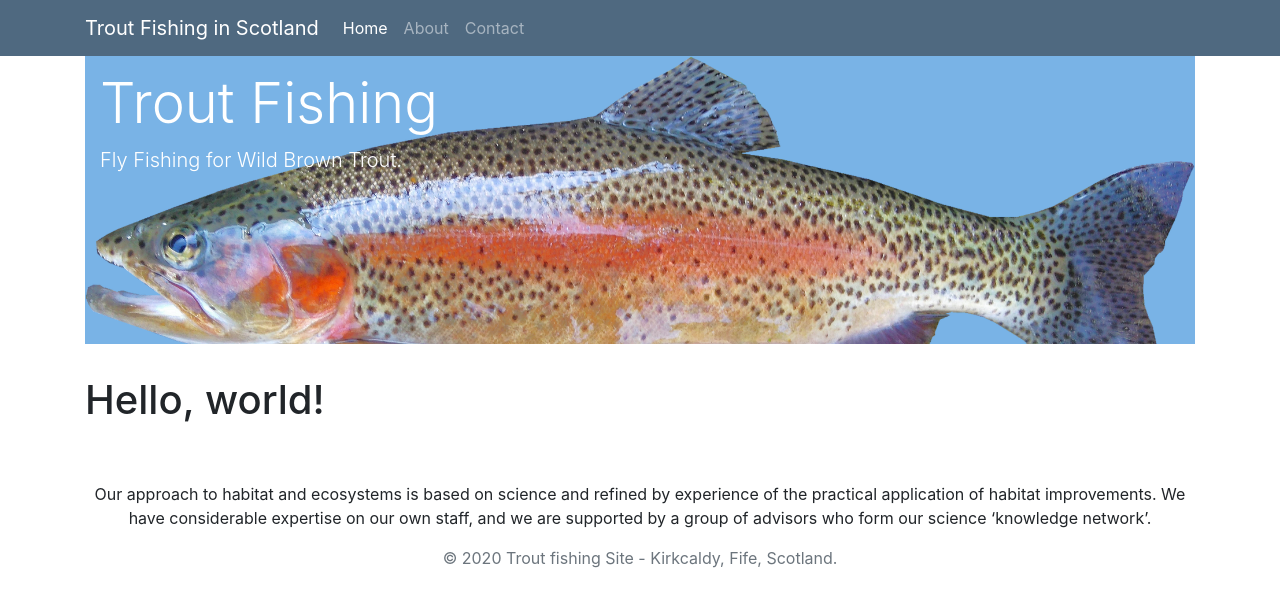
Repository: adrian9211/College_project
Page: index.html
These files come from the project's save history. The page is drawn as it stood at one moment and after the next save; the edit follows.
The browser window is 1280 px wide. The pictures show the whole page.

Above is the page before, as saved 2020-11-04 09:41:31.

After the next save:
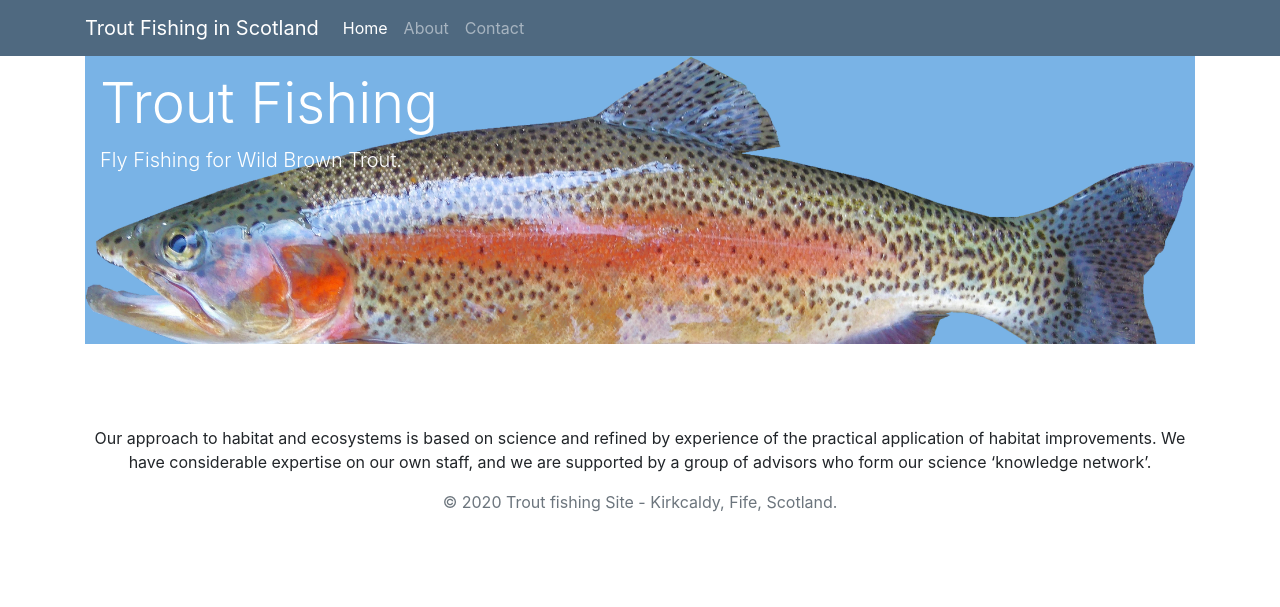
Saved 87 s later.
--- a/index.html
+++ b/index.html
@@ -44,9 +44,7 @@
             </div>
         </div>
       <!-- Jumbotron end -->
-
-
-        <h1>Hello, world!</h1>
+      <!--  -->
 
     </div>
 
